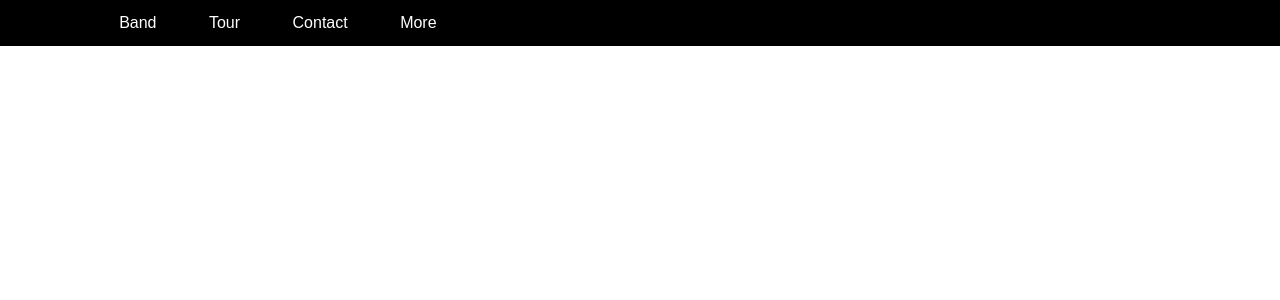
Repository: minhnguyennn/w3_band_music
Page: index.html
These files come from the project's save history. The page is drawn as it stood at one moment and after the next save; the edit follows.
The browser window is 1280 px wide. The pictures show the whole page.
The pointer rests on the first visible `#nav li`.

Above is the page before, as saved 2023-02-17 15:18:24.

After the next save:
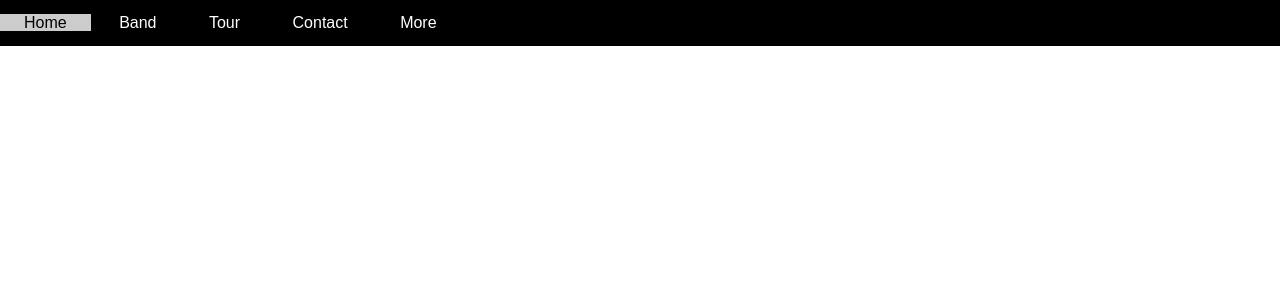
Saved 6 s later.
--- a/assets/css/style.css
+++ b/assets/css/style.css
@@ -35,7 +35,7 @@
 
 #nav li:hover a {
     color: #000;
-    background-color: ;
+    background-color: #ccc;
 }
 
 #nav .subnav {
